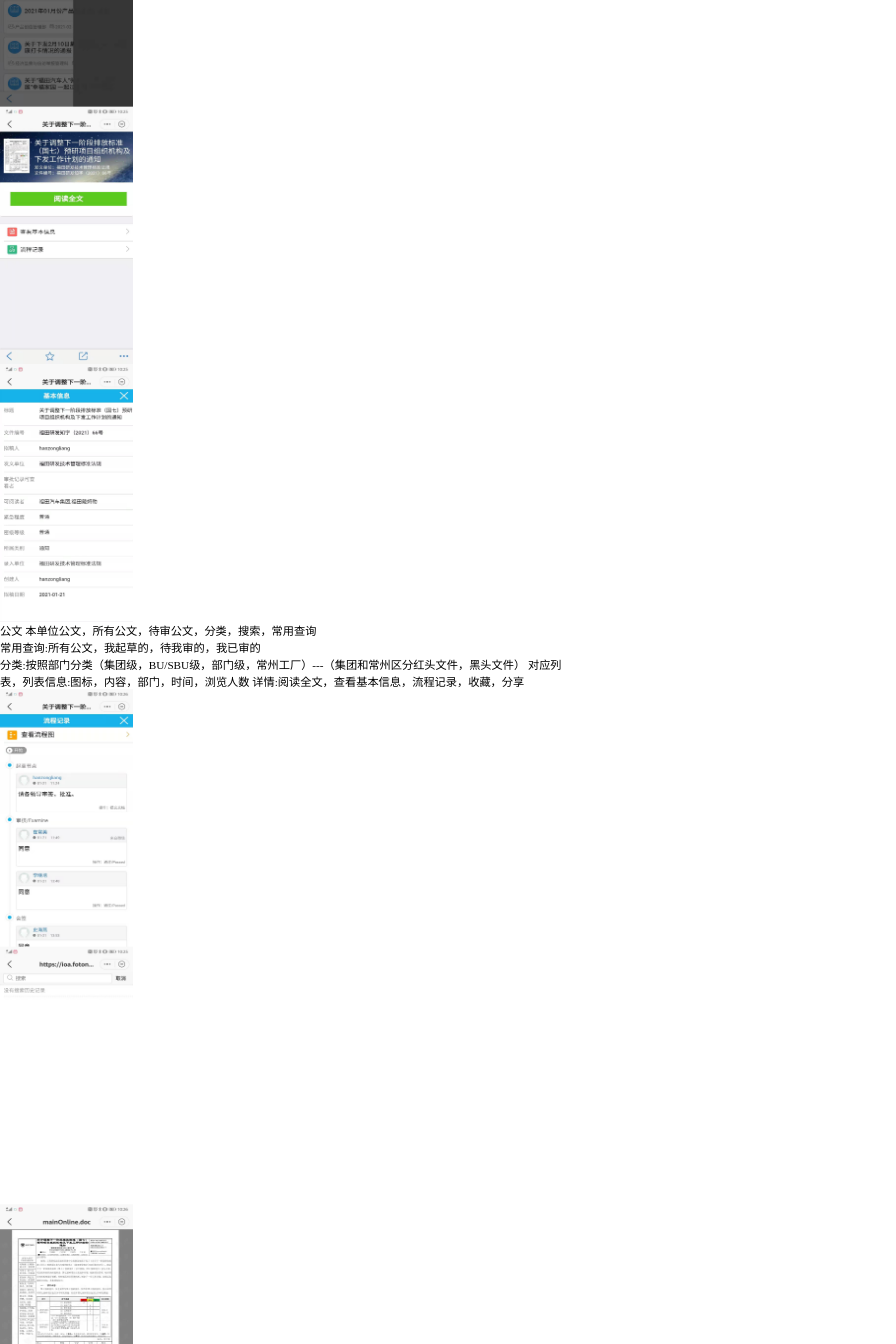
Repository: ch230/2021
Page: A.html
The author's editor kept a copy of each file at every save. The page is drawn from the files as they stood at one save, then again after a run of saves.
The browser window is 1280 px wide. The pictures show the part of the page from y = 1392 to 3312 px (the page is 11820 px tall), at 70% of full size.

Above is the page before, as saved 2021-02-15 14:42:30.

### A.html
<!DOCTYPE html>
<html lang="en">
  <head>
    <meta charset="UTF-8" />
    <meta name="viewport" content="width=device-width, initial-scale=1.0" />
    <title>Document</title>
    <style>
      * {
        padding: 0;
        margin: 0;
        list-style: none;
      }
      body,
      html,
      #app {
        height: 100%;
        width: 100%;
      }
      #items {
        height: auto;
        width: 80%;
      }
      #items div {
        width: 80%;
      }
      #items ul {
      }
      #items ul li {
        height: 368px;
        width: 190px;
      }
      #items ul li img {
        display: inline-block;
        width: 100%;
        height: 100%;
      }
    </style>
  </head>
  <body>
    <div id="app">
      <!-- 待办事宜 -->
      <div id="items">
        <div>
          <p>待办事宜 分为待审 待阅 已办 搜索功能</p>
          <p>
            每个都对应一个列表，点击进去就是对应的信息(附件，全文，流程记录，查看基本信息),可以收藏，转发
          </p>
          <p>列表信息:内容，提报人，时间，类型，头像</p>
        </div>
        <ul>
          <li>
            <img src="./img/1.jpg" alt="" />
          </li>
          <li>
            <img src="./img/2.jpg" alt="" />
          </li>
          <li>
            <img src="./img/3.jpg" alt="" />
          </li>
          <li>
            <img src="./img/4.jpg" alt="" />
          </li>
          <li>
            <img src="./img/5.jpg" alt="" />
          </li>
          <li>
            <img src="./img/6.jpg" alt="" />
          </li>
        </ul>
      </div>
      <!-- 公文 -->
      <div id="items">
        <div>
          <p>公文 本单位公文，所有公文，待审公文，分类，搜索，常用查询</p>
          <p>常用查询:所有公文，我起草的，待我审的，我已审的</p>
          分类:按照部门分类（集团级，BU/SBU级，部门级，常州工厂）---（集团和常州区分红头文件，黑头文件）
          对应列表，列表信息:图标，内容，部门，时间，浏览人数
          详情:阅读全文，查看基本信息，流程记录，收藏，分享
        </div>
        <ul>
          <li>
            <img src="./img/7.jpg" alt="" />
          </li>
          <li>
            <img src="./img/8.jpg" alt="" />
          </li>
          <li>
            <img src="./img/9.jpg" alt="" />
          </li>
          <li>
            <img src="./img/10.jpg" alt="" />
          </li>
          <li>
            <img src="./img/11.jpg" alt="" />
          </li>
          <li>
            <img src="./img/12.jpg" alt="" />
          </li>
        </ul>
      </div>
      <!-- 福田新闻 -->
      <div id="items">
        <div>
          福田新闻 最新新闻, 分类，搜索，常用查询
          列表信息:图片，内容，上传人，上传时间，浏览人数
          详情:标题，图文搭配，收藏
          分类:集团级，BU/SBU级，部门级，常州工厂，福田戴姆勒/BFDA
          常用查询:所有新闻，我上传的，待我审的，我已审的，置顶新闻
        </div>
        <ul>
          <li>
            <img src="./img/13.jpg" alt="" />
          </li>
          <li>
            <img src="./img/14.jpg" alt="" />
          </li>
          <li>
            <img src="./img/15.jpg" alt="" />
          </li>
          <li>
            <img src="./img/16.jpg" alt="" />
          </li>
          <li>
            <img src="./img/17.jpg" alt="" />
          </li>
        </ul>
      </div>
      <!-- 制度管理 -->
      <div id="items">
        <div>
          制度管理 制度管理, 分类，搜索，常用查询
          列表信息:图片，内容，部门，浏览人数
          详情:标题，生效时间，文件编号，附件，收藏 附件查看
          分类:集团级，BU/SBU级，部门级，常州工厂，福田戴姆勒/BFDA
          常用查询:所有制度，我起草的，待我审的，我已审的
        </div>

        <ul>
          <li>
            <img src="./img/18.jpg" alt="" />
          </li>
          <li>
            <img src="./img/19.jpg" alt="" />
          </li>
          <li>
            <img src="./img/20.jpg" alt="" />
          </li>
          <li>
            <img src="./img/21.jpg" alt="" />
          </li>
        </ul>
      </div>
      <!-- OA知识中心 -->
      <div id="items">
        <div>
          OA知识中心 所有文档, 我的文档，分类，搜索，常用查询
          列表信息:图片，内容，发布人，发布时间，浏览人数
          详情:内容，附件，收藏，评价 附件查看
          常用查询:所有制度，我起草的，待我审的，我已审的
        </div>

        <ul>
          <li>
            <img src="./img/22.jpg" alt="" />
          </li>
          <li>
            <img src="./img/23.jpg" alt="" />
          </li>
          <li>
            <img src="./img/24.jpg" alt="" />
          </li>
          <li>
            <img src="./img/25.jpg" alt="" />
          </li>
          <li>
            <img src="./img/26.jpg" alt="" />
          </li>
        </ul>
      </div>
      <!-- OA调查问卷 -->
      <div id="items">
        <div>
          OA调查问卷 所有问卷，我参与的，调查结果，搜索
          列表:已参与人数，结束时间，调查标题
          详情:问卷调查状态,参与人数，内容，标题
        </div>
        <ul>
          <li>
            <img src="./img/27.jpg" alt="" />
          </li>
          <li>
            <img src="./img/28.jpg" alt="" />
          </li>
          <li>
            <img src="./img/29.jpg" alt="" />
          </li>
          <li>
            <img src="./img/30.jpg" alt="" />
          </li>
          <li>
            <img src="./img/31.jpg" alt="" />
          </li>
        </ul>
      </div>
    </div>
  </body>
</html>

After the next 2 saves:
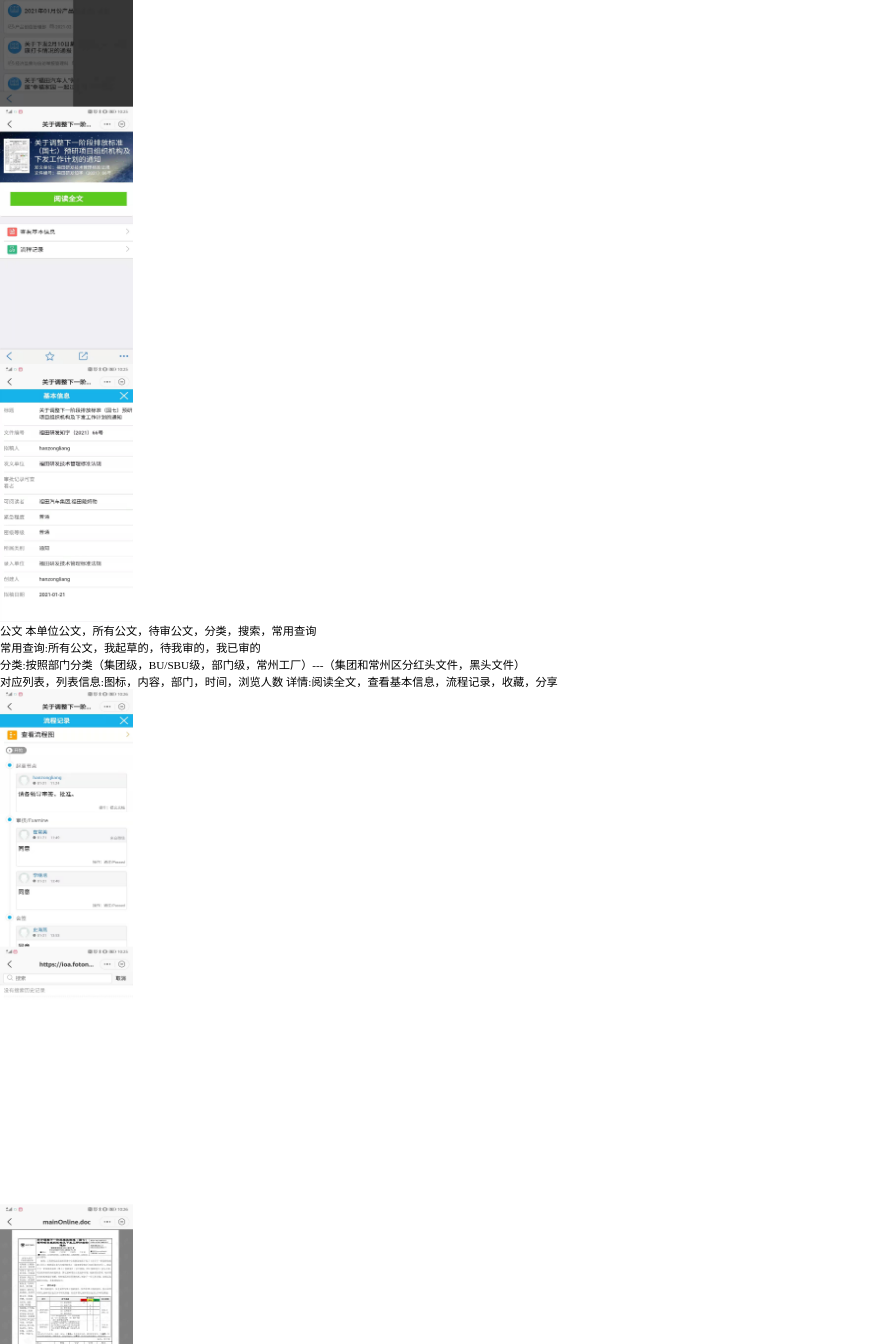
The 2 saves are shown as one change because they came seconds apart.
The last was saved 10 s later.
--- a/A.html
+++ b/A.html
@@ -73,7 +73,9 @@
         <div>
           <p>公文 本单位公文，所有公文，待审公文，分类，搜索，常用查询</p>
           <p>常用查询:所有公文，我起草的，待我审的，我已审的</p>
-          分类:按照部门分类（集团级，BU/SBU级，部门级，常州工厂）---（集团和常州区分红头文件，黑头文件）
+          <p>
+            分类:按照部门分类（集团级，BU/SBU级，部门级，常州工厂）---（集团和常州区分红头文件，黑头文件）
+          </p>
           对应列表，列表信息:图标，内容，部门，时间，浏览人数
           详情:阅读全文，查看基本信息，流程记录，收藏，分享
         </div>
